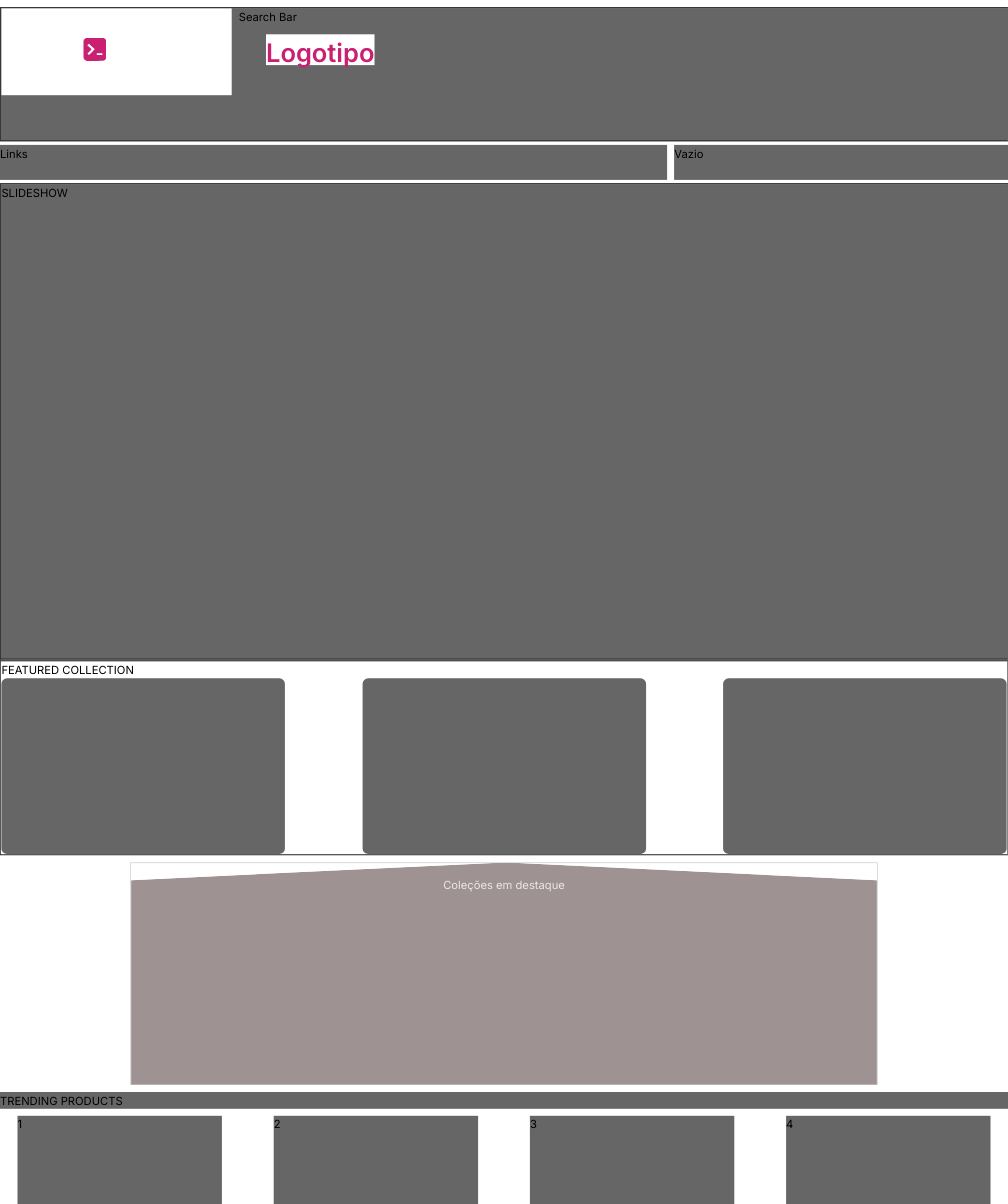
Repository: theophiloweb/landpage_disgital_store
Page: index.html
The author's editor kept a copy of each file at every save. The page is drawn from the files as they stood at one save, then again after the next save.
The browser window is 1280 px wide. The page is 1440 px wide, so the pictures cover 1440 px, including what lies to the right of the window. The pictures show the part of the page from y = 0 to 1720 px (the page is 3178 px tall), at 70% of full size.

Above is the page before, as saved 2025-04-24 08:57:54.

After the next save:
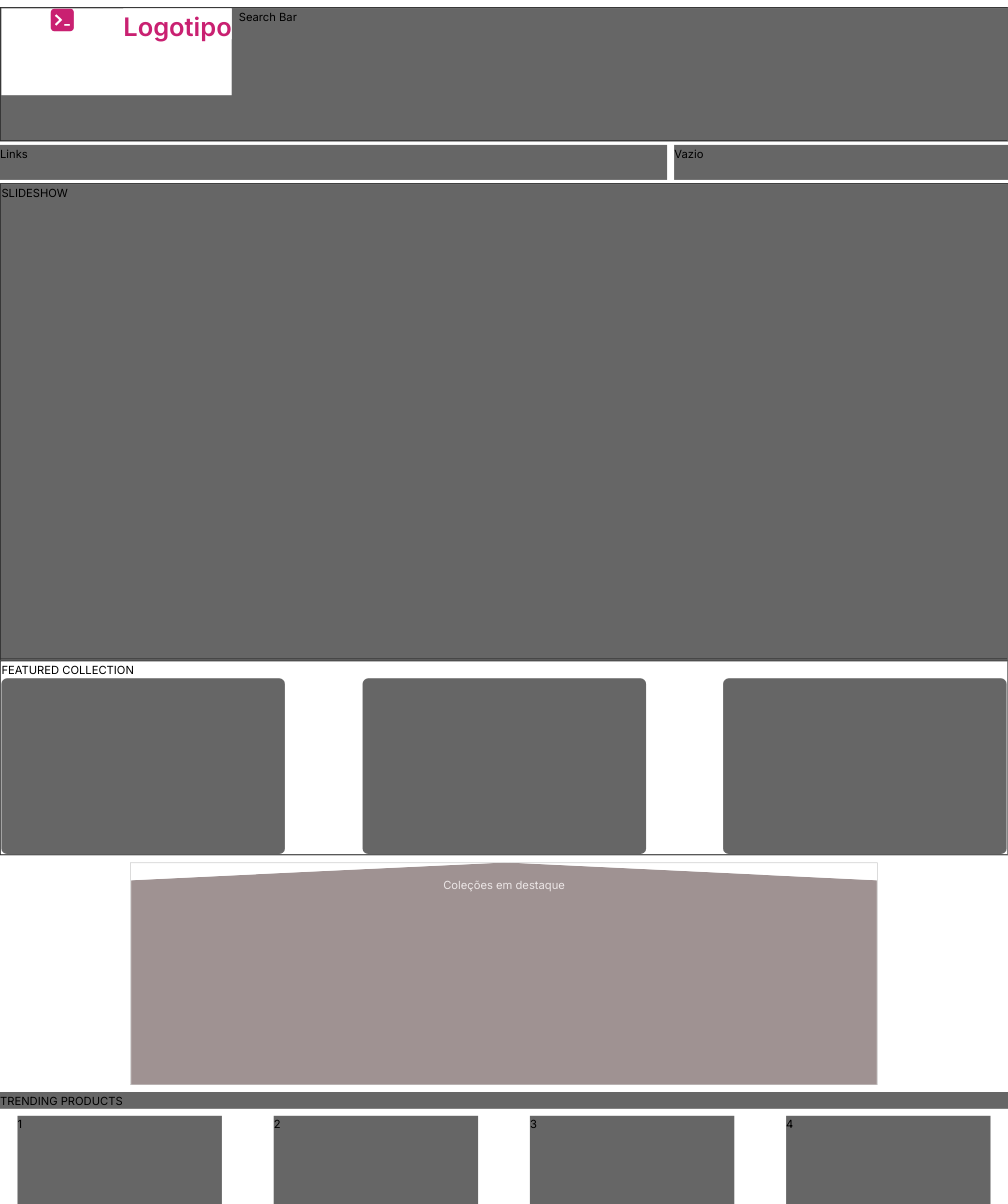
Saved 19 s later.
--- a/style.css
+++ b/style.css
@@ -65,7 +65,7 @@ header {
 .logo {
   width: 330px;
   height: 33px;
-  margin: 42px 117px;
+
 }
 
 .logotipo_text {
@@ -76,7 +76,7 @@ header {
   color: rgba(201, 32, 113, 1);
   width: 212px;
   height: 44px;
-  margin: 37px 111px;
+
 }
 
 nav {
